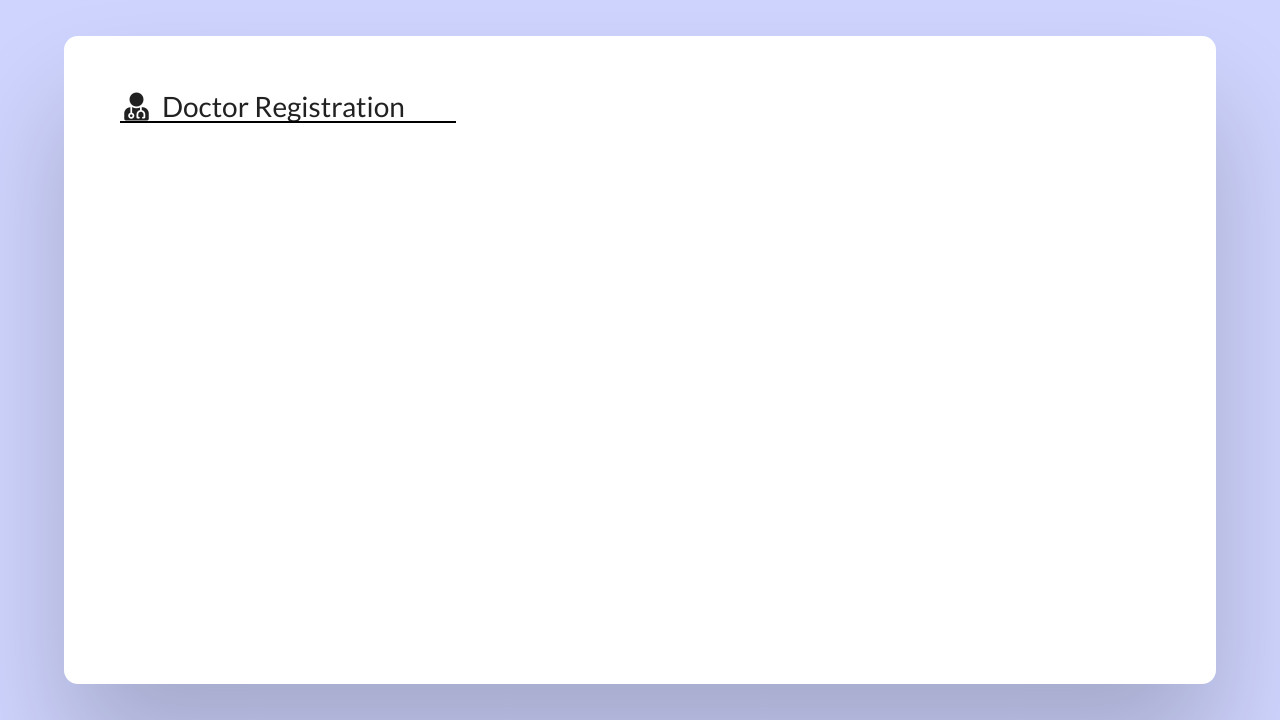
Repository: ajayaj2001/healthcare-digitization
Page: /doctorForm
The author's editor kept a copy of each file at every save. The page is drawn from the files as they stood at one save, then again after the next save.
The browser window is 1280 px wide. The pictures show the whole page.
The project was rebuilt for these pictures with package versions that can differ from the ones it lists, and the page was loaded fresh each time. Also part of the build but not shown: src/component/userType/UserType.scss, src/component/userType/UserType.js, src/component/login/Login.scss, src/component/login/loginForm/LoginForm.scss, src/component/login/loginForm/LoginForm.js, src/component/login/Login.js, src/component/register/Register.scss, src/component/register/registerForm/RegisterForm.scss and 2 more.

Above is the page before, as saved 2021-03-13 10:41:43.

### public/index.html
<!DOCTYPE html>
<html lang="en">

<head>
  <meta charset="utf-8" />
  <meta name="viewport" content="width=device-width, initial-scale=1" />
  <meta name="theme-color" content="#000000" />
  <meta name="description" content="Web site created using create-react-app" />
  <link rel="stylesheet" href="https://fonts.googleapis.com/css?family=Roboto:300,400,500,700&display=swap" />
  <link rel="stylesheet" href="https://fonts.googleapis.com/icon?family=Material+Icons" />

  <!--
      manifest.json provides metadata used when your web app is installed on a
      user's mobile device or desktop. See https://developers.google.com/web/fundamentals/web-app-manifest/
    -->
  <!-- <link rel="manifest" href="%PUBLIC_URL%/manifest.json" /> -->
  <!--
      Notice the use of %PUBLIC_URL% in the tags above.
      It will be replaced with the URL of the `public` folder during the build.
      Only files inside the `public` folder can be referenced from the HTML.

      Unlike "/favicon.ico" or "favicon.ico", "%PUBLIC_URL%/favicon.ico" will
      work correctly both with client-side routing and a non-root public URL.
      Learn how to configure a non-root public URL by running `npm run build`.
    -->
  <title>medical</title>
</head>

<body>
  <noscript>You need to enable JavaScript to run this app.</noscript>
  <div id="root"></div>
  <!--
      This HTML file is a template.
      If you open it directly in the browser, you will see an empty page.

      You can add webfonts, meta tags, or analytics to this file.
      The build step will place the bundled scripts into the <body> tag.

      To begin the development, run `npm start` or `yarn start`.
      To create a production bundle, use `npm run build` or `yarn build`.
    -->
</body>

</html>

### src/index.js
import React from 'react';
import ReactDOM from 'react-dom';
import './index.scss';
import App from './component/app/App';
import 'semantic-ui-css/semantic.min.css'


ReactDOM.render(
  // <React.StrictMode>
    <App />
  // </React.StrictMode>
  ,
  document.getElementById('root')
);

### src/index.scss
code {
  font-family: source-code-pro, Menlo, Monaco, Consolas, "Courier New", monospace;
}
@mixin respond($breakpoint) {
  @if $breakpoint == phone {
    @media (max-width: 37.5em) {
      @content;
    }
  }

  @if $breakpoint == tab-land {
    @media (max-width: 75em) {
      @content;
    }
  }
  @if $breakpoint == tab-port {
    @media (max-width: 56.25em) {
      @content;
    }
  }
  @if $breakpoint == big-desktop {
    @media (min-width: 112.5em) {
      @content;
    }
  }
}

*,
*::after,
*::before {
  margin: 0;
  padding: 0;
  box-sizing: inherit;
}
body {
  font-family: "Lato", sans-serif;
  font-weight: 400;
  font-size: 16px;
  line-height: 1.7;
  color: #777;
  //padding: 30px;
  box-sizing: border-box;
  @include respond(tab-port) {
    padding: 0;
  }
}

html {
  font-size: 62.5%; //1rem=10px 10px/16px=62.5%
  @include respond(tab-land) {
    //width <1200
    font-size: 56.25%; //1rem=9px
  }
  @include respond(tab-port) {
    //<width <900
    font-size: 50%; //1rem=8px
  }
  // @include respond(phone) {
  //     //<width<600
  //     font-size: 40%; //1rem=4.8px
  // }
  @include respond(big-desktop) {
    //>1200
    font-size: 75%; //1rem=12
  }
}

### src/component/app/App.js
import './App.scss';

import UserType from "../userType/UserType";
import Login from '../login/Login';
import Register from '../register/Register';
import { BrowserRouter as Router,Route,Switch } from 'react-router-dom';
import DoctorForm from '../doctorForm/DoctorForm';

function App() {
  return (
    <Router>
       <Switch>
          <Route path="/login">
           <Login/>
          </Route>
          <Route path="/register">
           <Register/>
          </Route>
          <Route path="/doctorForm">
            <DoctorForm/>
          </Route>
          <Route path="/">
            <UserType/>
          </Route>

        </Switch>
    {/* <div className="App">
    </div> */}
    </Router>
  );
}

export default App;

### src/component/doctorForm/DoctorForm.js
import React from 'react'
import './DoctorForm.scss'
import { Form, Input, TextArea, Button, Select, Icon } from 'semantic-ui-react'

const DoctorForm = () => {
    return (
        <div className="doctorForm__container">
            <div className="doctorForm__main">
                <div className="doctorForm__heading"><Icon name="user doctor"/> Doctor Registration</div>
            </div>
        </div>
    )
}

export default DoctorForm

### src/component/doctorForm/DoctorForm.scss
.doctorForm{
    &__container{
        margin: 0;
        background-color: #cfd4fe;
        height: 100vh;
        display: flex;
        justify-content: center;
        align-items: center;
    }
    &__main{
        background-color: white;
        width: 90%;
        height: 90%;
        border-radius: 1rem;
        align-items: center;
        overflow: hidden;
        box-shadow: 0 5rem 8rem rgba(black, 0.2);
    }
   &__heading{
       font-size: 2rem;
       margin: 4rem 0rem 0rem 4rem;
       line-height: 2rem;
       border-bottom: .2rem solid black;
       width: 24rem;
   }
}

Loaded but not shown: src/component/app/App.scss (no stored copy; drawn as an empty file)

After the next save:
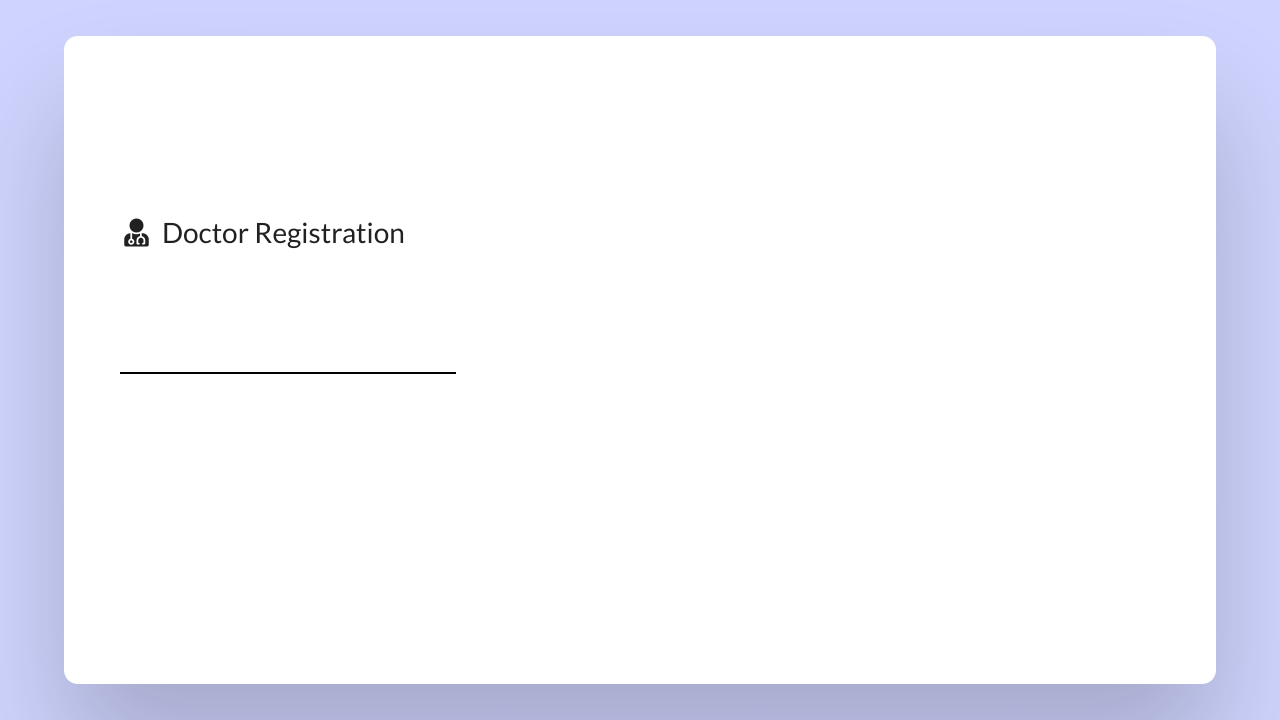
Saved 5 s later.
--- a/src/component/doctorForm/DoctorForm.scss
+++ b/src/component/doctorForm/DoctorForm.scss
@@ -19,7 +19,7 @@
    &__heading{
        font-size: 2rem;
        margin: 4rem 0rem 0rem 4rem;
-       line-height: 2rem;
+       line-height: 20rem;
        border-bottom: .2rem solid black;
        width: 24rem;
    }
